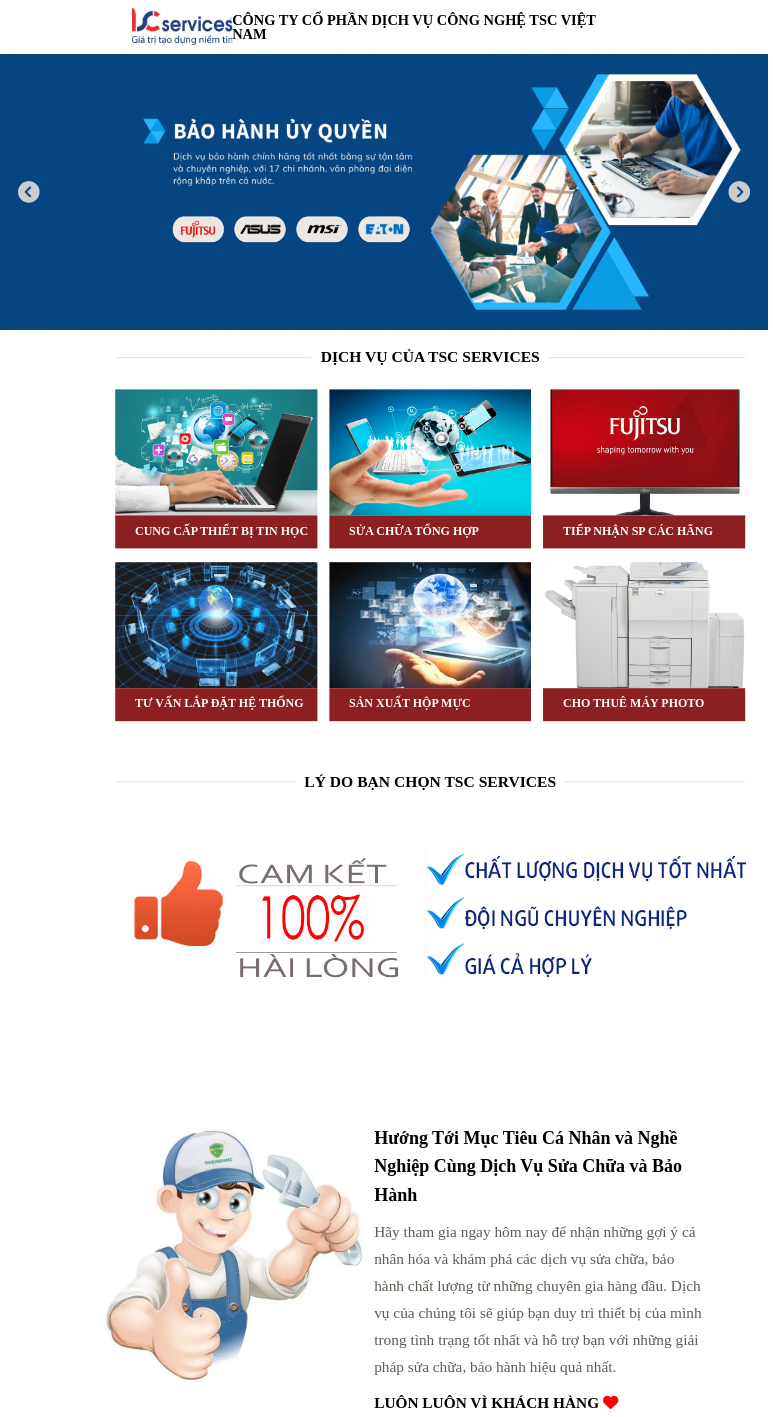
Repository: nguyentrongdai34/tsc-project
Page: index.html
These files come from the project's save history. The page is drawn as it stood at one moment and after the next save; the edit follows.
The browser window is 1280 px wide. The page is 1288 px wide, so the pictures cover 1288 px, including what lies to the right of the window. The pictures show the whole page, at 60% of full size.

Above is the page before, as saved 2024-12-03 14:05:29.

After the next save:
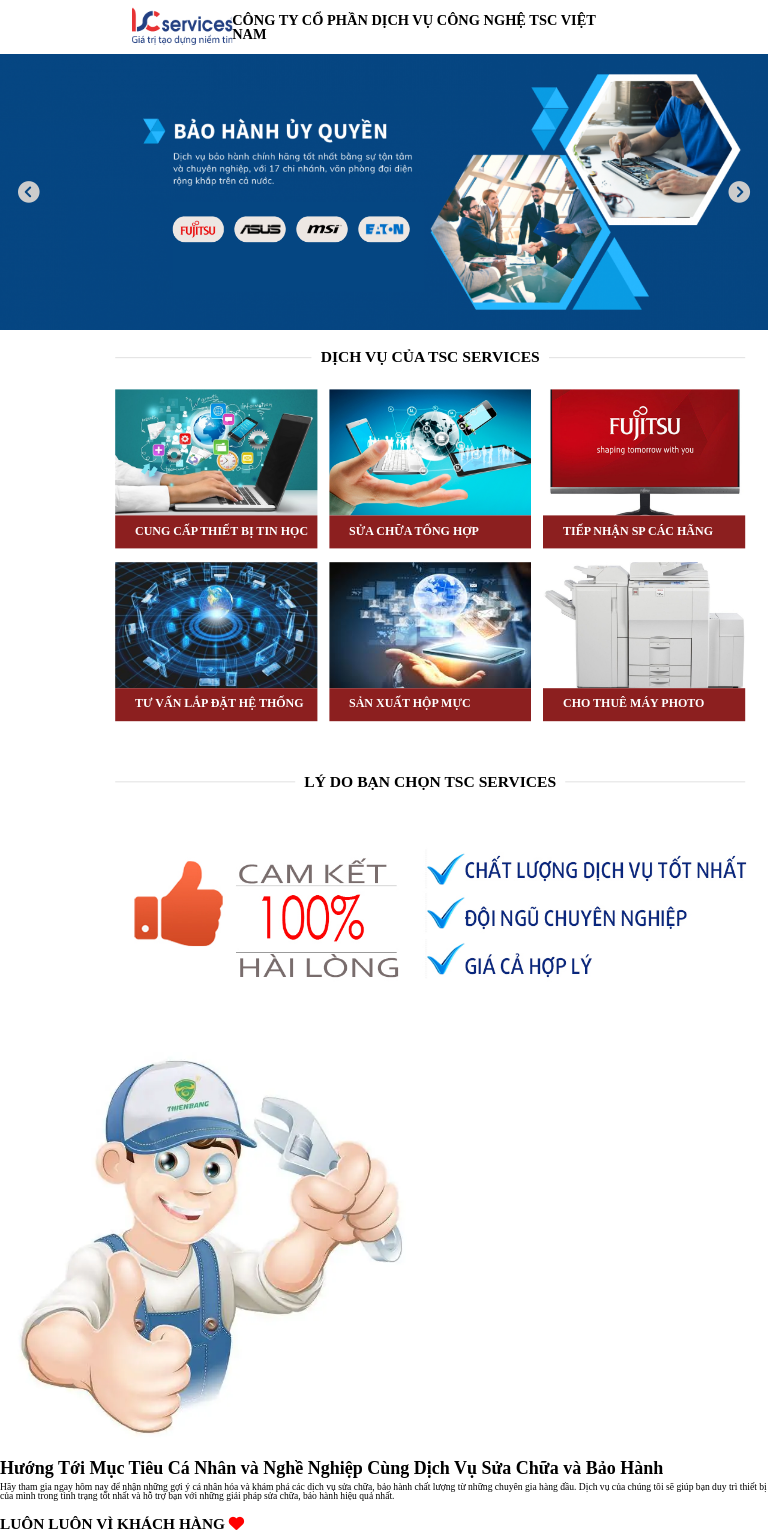
Saved 5 s later.
--- a/style.css
+++ b/style.css
@@ -162,8 +162,7 @@
 /* Features */
 
 .features {
-  margin-top: 135px;
-}
+
 
 .features .body {
   display: flex;

After the save that followed:
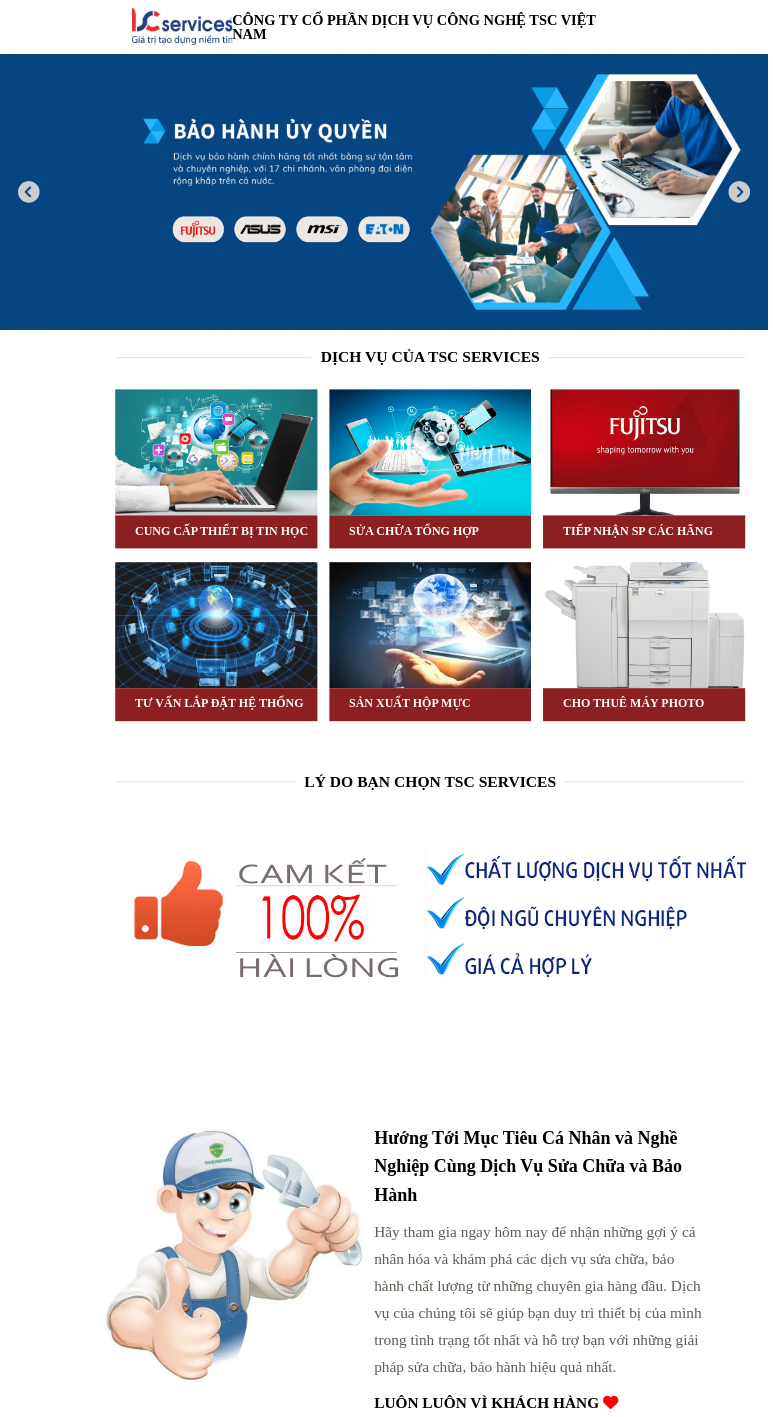
Saved 5 s later.
--- a/style.css
+++ b/style.css
@@ -162,7 +162,8 @@
 /* Features */
 
 .features {
-
+  margin-top: 135px;
+}
 
 .features .body {
   display: flex;
